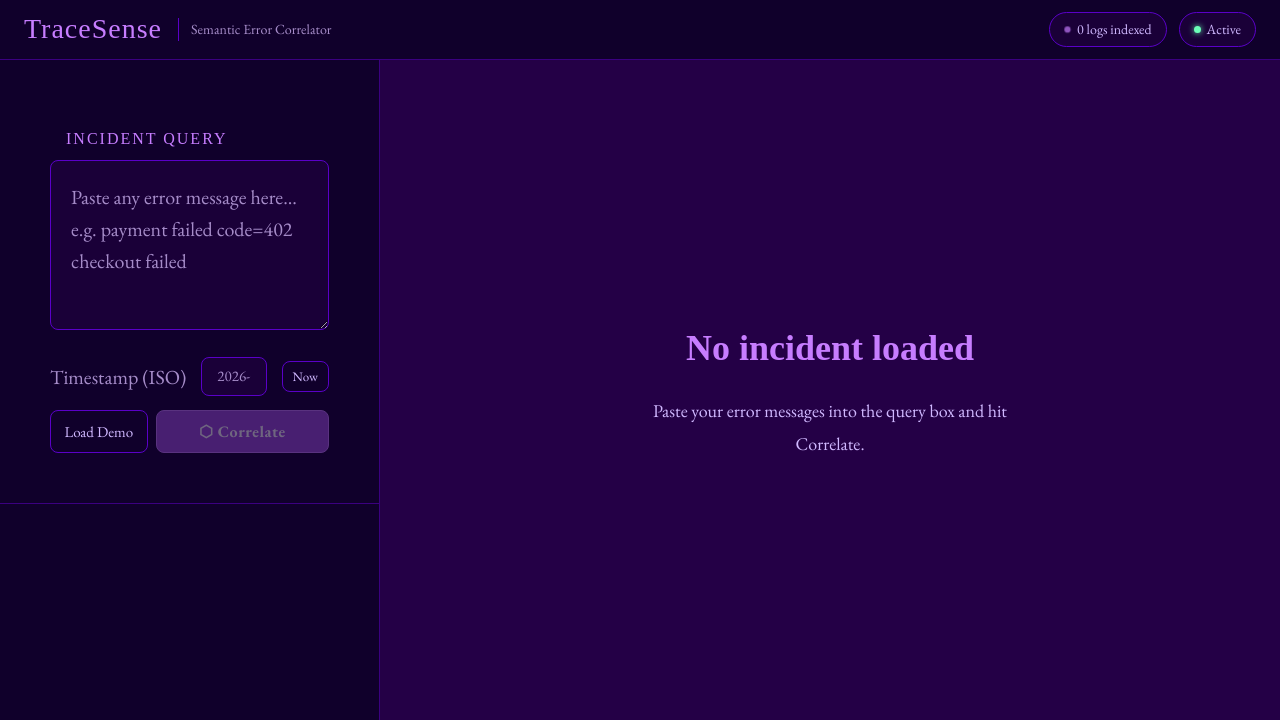
Repository: SaranyaM15/AI_Engineer_Journey
Page: / (app in tracesense/frontend/)
These files come from the project's save history. The page is drawn as it stood at one moment and after the next save; the edit follows.
The browser window is 1280 px wide. The pictures show the whole page.
The page's requests for data from a server got no answer. Some web fonts or font styles are not loaded; a fallback is used. The project was rebuilt for these pictures with package versions that can differ from the ones it lists, and the page was loaded fresh each time. No one was signed in, and anything a server would have sent is missing. Also part of the build but not shown: tracesense/frontend/vite.config.js, tracesense/frontend/src/components/Timeline.jsx, tracesense/frontend/src/components/LogFeed.jsx.

Above is the page before, as saved 2026-04-05 19:24:35.

After the next save:
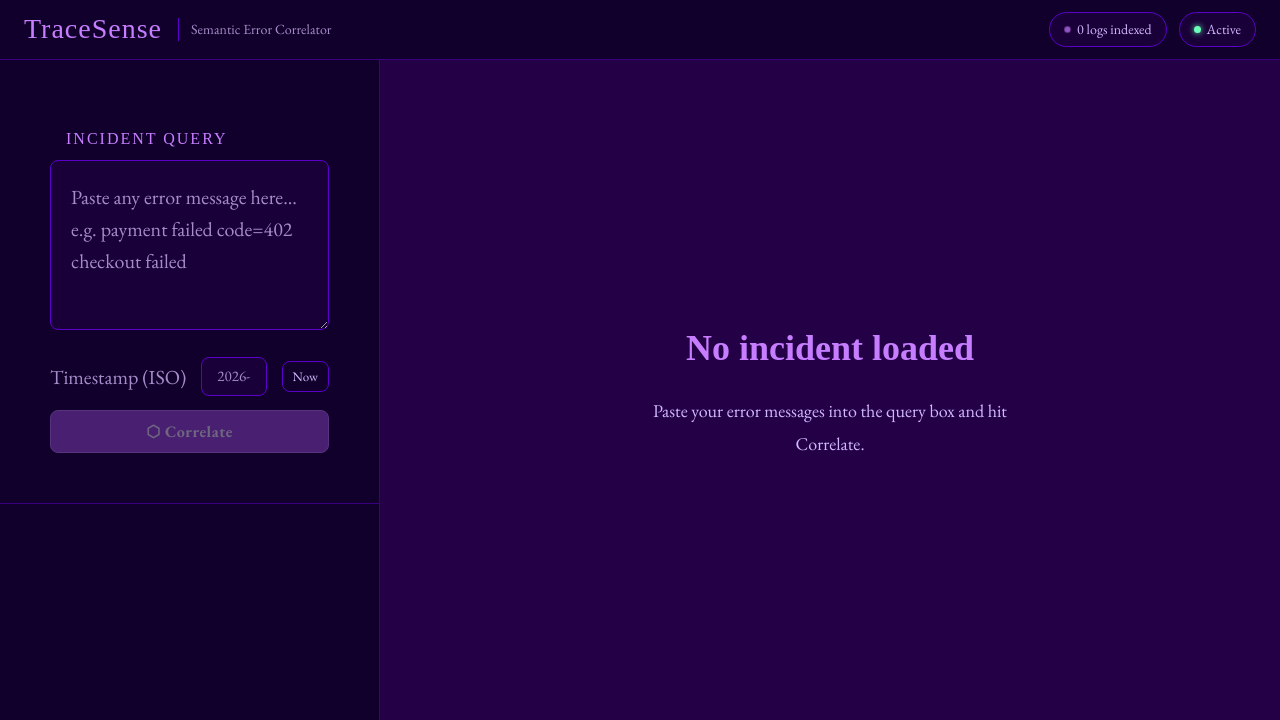
Saved 19 s later.
--- a/tracesense/frontend/src/components/QueryPanel.jsx
+++ b/tracesense/frontend/src/components/QueryPanel.jsx
@@ -31,9 +31,7 @@ export default function QueryPanel({
       </div>
 
       <div className="btn-row">
-        <button className="demo-btn" onClick={onDemo}>
-          Load Demo
-        </button>
+
         <button
           className="correlate-btn"
           onClick={onCorrelate}
